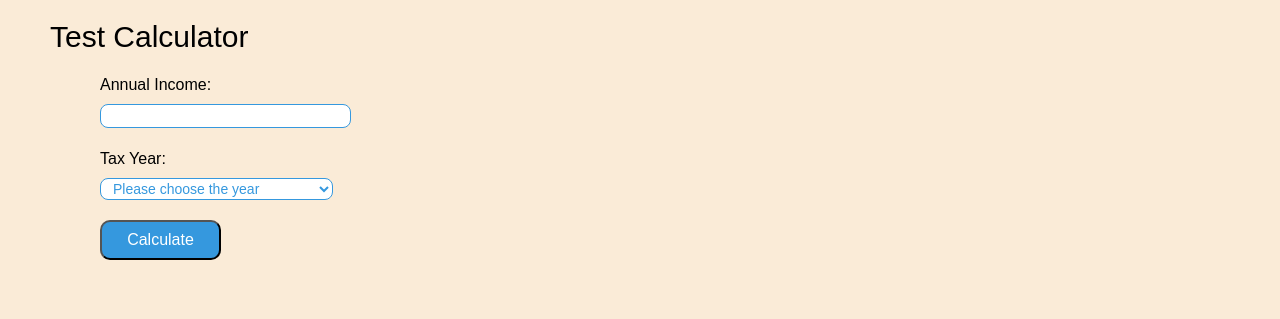
Repository: jbpadilha/taxcalculator
Page: /
The author's editor kept a copy of each file at every save. The page is drawn from the files as they stood at one save, then again after the next save.
The browser window is 1280 px wide. The pictures show the whole page.
The project was rebuilt for these pictures with package versions that can differ from the ones it lists, and the page was loaded fresh each time.

Above is the page before, as saved 2023-06-17 21:28:15.

### src/index.css
body {
  background-color: #FAEBD7;
  margin: 0;
  font-family: -apple-system, BlinkMacSystemFont, 'Segoe UI', 'Roboto', 'Oxygen',
    'Ubuntu', 'Cantarell', 'Fira Sans', 'Droid Sans', 'Helvetica Neue',
    sans-serif;
  -webkit-font-smoothing: antialiased;
  -moz-osx-font-smoothing: grayscale;
}

code {
  font-family: source-code-pro, Menlo, Monaco, Consolas, 'Courier New',
    monospace;
}

### src/App.tsx
import React from 'react';
import RoutesComponent from './components/RouteComponent';

const App = () => {
  return (
    <div>
      <header>
      </header>
      <main>
        <RoutesComponent />
      </main>
      <footer>
        <div></div>
      </footer>
    </div>
  );
}

export default App;

### src/components/RouteComponent.tsx
import React from 'react';
import { BrowserRouter as Router, Route, Routes } from 'react-router-dom';

const Main = React.lazy(() => import('./Main'));
const ResultTax = React.lazy(() => import('./ResultTax'));

const RoutesComponent = () => {
    return (
        <Router>
            <Routes>
                <Route path={"/"} element={<Main />} />
                <Route path={"/results"} element={<ResultTax />} />
                <Route path="*" element={<Main />} />
            </Routes>
        </Router>
    );
}

export default RoutesComponent;

### src/components/Main.tsx
import React from 'react';
import { years } from '../config/constants';

const styles = {
    content: {
        marginTop: 20,
        minHeight: 200,
        paddingLeft: 50,
    },
    title: {
        marginTop: 20,
        marginBottom: 20,
        fontFamily: 'Arial',
        fontSize: 30,
        color: '#000000',
        textDecoration: 'none solid rgb(0, 0, 0)',
    },
    contentInput: {
        marginTop: 20,
    },
    marginInput: {
        marginTop: 10,
    },
    titleInput: {
        paddingTop: 10,
        width: 111,
        height: 18,
        fontFamily: 'Arial',
        fontSize: 16,
        color: '#000000',
        textSecoration: 'none solid rgb(0, 0, 0)',
    },
    input: {
        width: 233,
        height: 22,
        padding: '0px 8px',
        border: '1px solid #3598de',
        borderRadius: 8,
        backgroundColor: '#ffffff',
        backgroundSize: 'cover',
        fontFamily: 'Arial',
        fontSize: 14,
        color: '#3598de',
        textDecoration: 'none solid rgb(53, 152, 222)'
    },
    button: {
        width: 121,
        height: 40,
        borderRadius: 10,
        backgroundColor: '#3598de',
        backgroundSize: 'cover',
        fontFamily: 'Arial',
        fontSize: 16,
        color: '#ffffff',
        textDecoration: 'none solid rgb(255, 255, 255)',
    },
};

const Main = () => {

    const calculate = () => {};

    return (
        <div style={styles.content}>
            <div style={styles.title}>Test Calculator</div>
            <div style={styles.content}>
                <div style={styles.contentInput}>
                    <div>
                        <label htmlFor='income' style={styles.titleInput}>Annual Income:</label>
                    </div>
                    <div style={styles.marginInput}>
                        <input style={styles.input} type="text" id="income" name="income" />
                    </div>
                </div>
                <div style={styles.contentInput}>
                    <div>
                        <label htmlFor='taxYear' style={styles.titleInput}>Tax Year:</label>
                    </div>
                    <div style={styles.marginInput}>
                    <select onChange={()=>{}} style={styles.input} id="taxYear" name="taxYear">
                        <option>Please choose the year</option>
                        {Array.from(years.entries()).map((entry) => {
                            const [key, value ] = entry;
                            return (<option key={key} >
                                {value}
                            </option>);
                        })}
                    </select>
                    </div>
                </div>
                <div style={styles.contentInput}>
                    <button style={styles.button} onClick={calculate}>Calculate</button>
                </div>
            </div>
        </div>
    );
}

export default Main;

### src/config/constants.ts
export const years = new Map<string, string>();
years.set('2019', '2019');
years.set('2020', '2020');
years.set('2021', '2021');
years.set('2022', '2022');

Loaded but not shown: public/index.html (common file); src/index.tsx (common file); src/reportWebVitals.ts (common file)

After the next save:
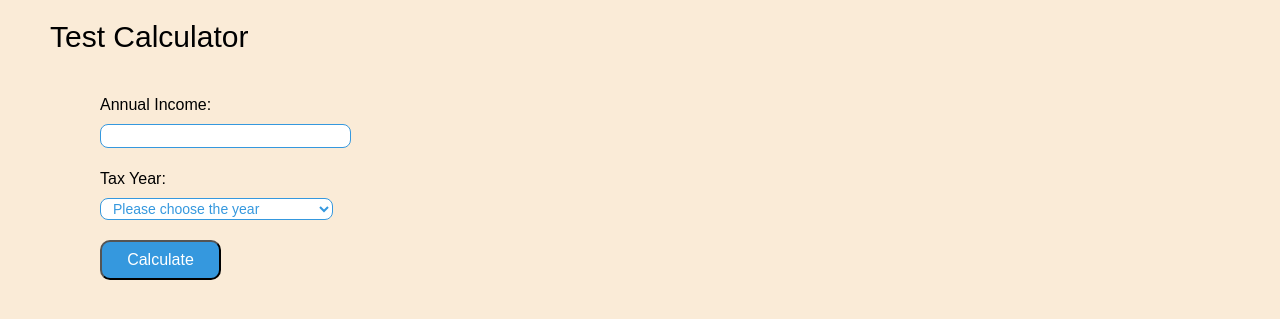
Saved 14 s later.
--- a/src/components/Main.tsx
+++ b/src/components/Main.tsx
@@ -9,7 +9,7 @@ const styles = {
     },
     title: {
         marginTop: 20,
-        marginBottom: 20,
+        paddingBottom: 20,
         fontFamily: 'Arial',
         fontSize: 30,
         color: '#000000',
